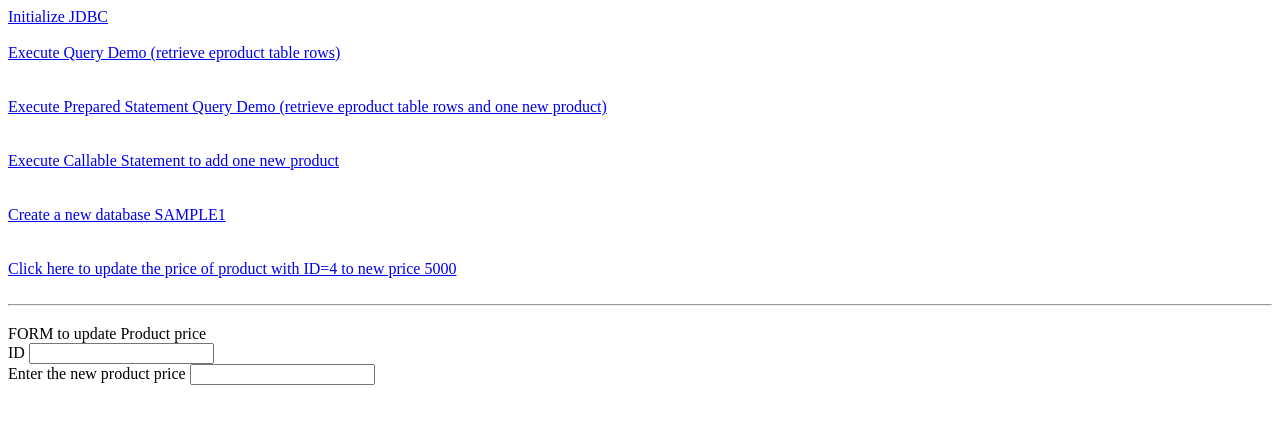
Repository: ashokwork1/slma
Page: JDBCDEMO/WebContent/index.html
These files come from the project's save history. The page is drawn as it stood at one moment and after the next save; the edit follows.
The browser window is 1280 px wide. The pictures show the whole page.

Above is the page before, as saved 2023-05-26 12:12:12.

After the next save:
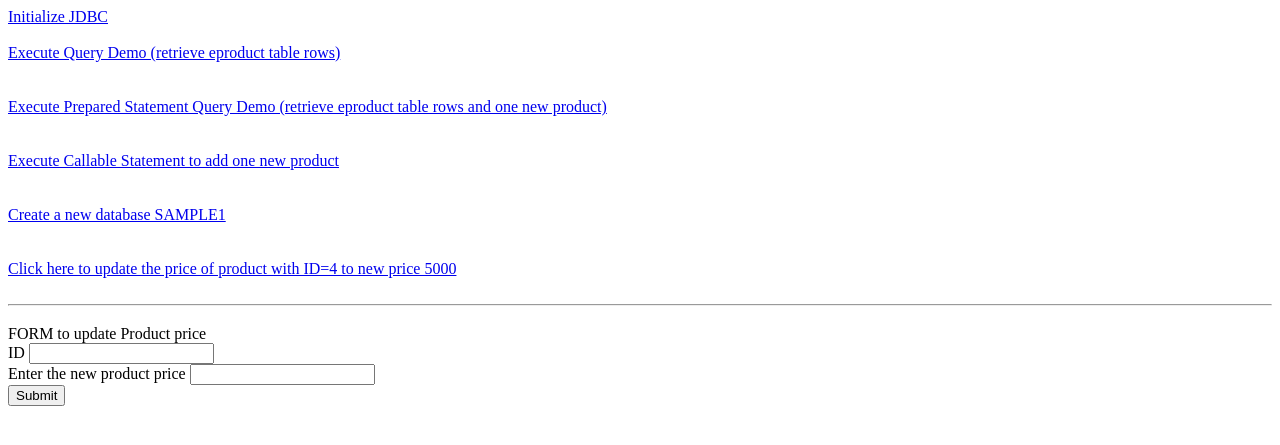
Saved 26 s later.
--- a/JDBCDEMO/WebContent/index.html
+++ b/JDBCDEMO/WebContent/index.html
@@ -18,4 +18,5 @@
 <form action=update-delete-records-demo method="GET">
 ID <input name=id> <br>
 Enter the new product price <input name=price> <br>
+<input type=submit>
 </form>
